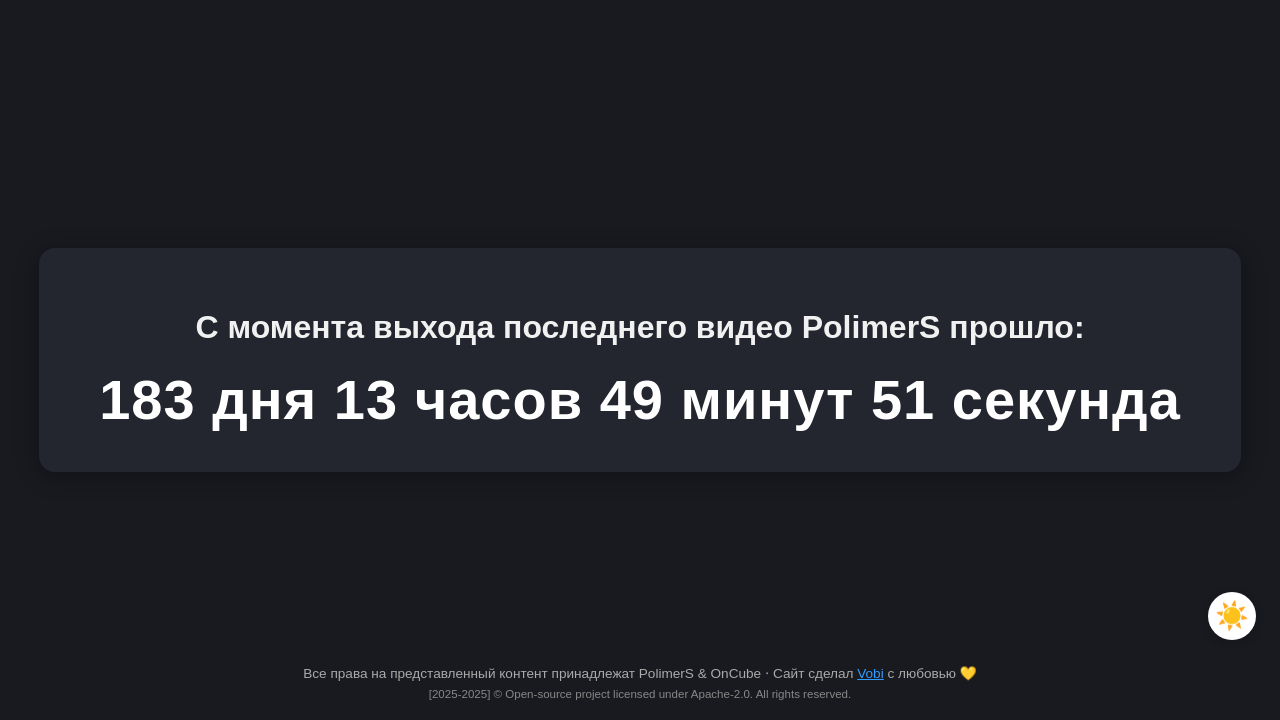
Repository: oncube-dev/OnCube-dev_website
Page: files_for_hosting/clear_html.version/index.html
The author's editor kept a copy of each file at every save. The page is drawn from the files as they stood at one save, then again after the next save.
The browser window is 1280 px wide. The pictures show the whole page.

Above is the page before, as saved 2025-07-18 12:16:43.

After the next save:
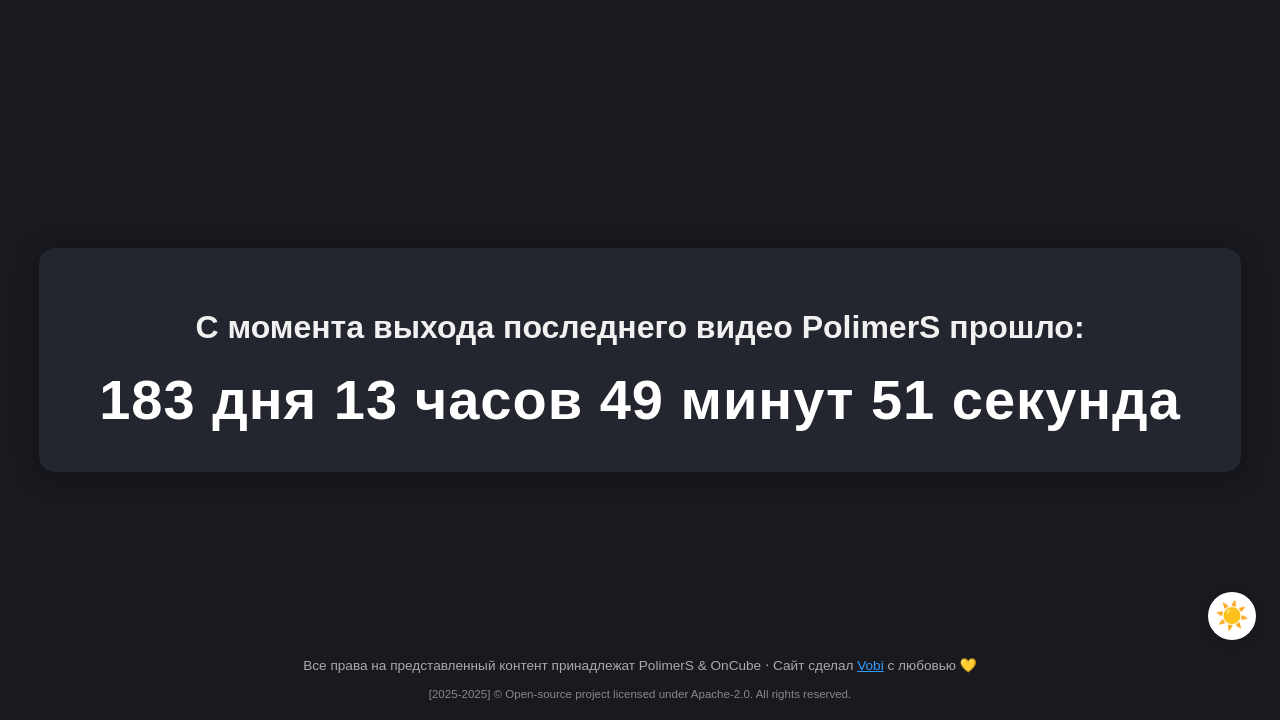
Saved 42 s later.
--- a/files_for_hosting/clear_html.version/index.html
+++ b/files_for_hosting/clear_html.version/index.html
@@ -16,7 +16,7 @@
     <button id="theme-toggle" class="theme-toggle-btn" title="Переключить тему">🌙</button>
     <footer class="footer-note">
         Все права на представленный контент принадлежат PolimerS &amp; OnCube ⋅ Сайт сделал <a href="https://vobi.bio.link/" target="_blank" style="text-decoration:underline;">Vobi</a> с любовью 💛
-        <div style="font-size:0.85em; color:#888; margin-top:7px;">
+        <div style="font-size:0.85em; color:#888; margin-top:15px;">
             [2025-2025] © Open-source project licensed under Apache-2.0. All rights reserved.
         </div>
     </footer>
